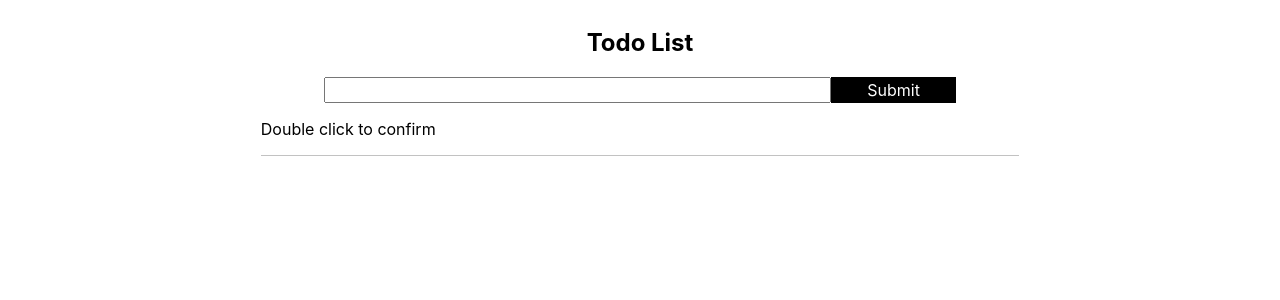
Repository: irenewuu/comp4130_checklist
Page: index.html
These files come from the project's save history. The page is drawn as it stood at one moment and after the next save; the edit follows.
The browser window is 1280 px wide. The pictures show the whole page.

Above is the page before, as saved 2022-01-12 15:18:28.

### index.html
<!DOCTYPE html>
<html lang="en">
  <head>
    <meta charset="UTF-8">
    <meta name="viewport" content="width=device-width, initial-scale=1.0">
    <link rel="stylesheet" href="style.css">
    <script src="index.js"></script>
    <title>Comp4130_Checklist</title>
  </head>
  <body>
    <div class="main">
      <!-- title area -->
      <div class="title">
      <h2>Todo List</h2>
      </div>
      <!-- input area -->
      <form class="input">
        <input type="text" class="text" id="myInput" onkeyup="13" >
        <span class="btn" onclick="newElement()">Submit</span>
      </form>
      <!-- homework checklist -->
      <div class="sortbox">
        <!-- <h4>Sort</h4>
        <img src="image/Iconly/Bold/sort.svg"> -->
        <p>Double click to confirm</p>
      </div>
      <ul id="NewList">

      </ul>
    </div>
  </body>
</html>

### style.css
.main {
  width: 100%;
  height: 100%;
  display: flex;
  flex-direction: column;
  justify-content: center;
  align-items: center;
  font-family: -apple-system, BlinkMacSystemFont, "Segoe UI", Roboto;
}
form > span {
  width: 50%;
  display: flex;
  justify-content: center;
  background: #000000;
  color: #fff;
  justify-content: center;
  align-items: center;
}
.input {
  width: 50%;
  display: flex;
  justify-content: center;
}
.text {
  width: 80%;
  height: 20px;
}
.btn {
  width: 20%;
  height: 26px;
}
.sortbox {
  width: 60%;
  display: flex;
  flex-direction: row;
  border-bottom: 1px solid #c2c2c2;
}
.sortbox > img {
  margin: 10px;
}
ul {
  width: 60%;
  justify-content: center;
  margin: 0;
  padding: 0;
}
/* Style the list items */
ul li {
  cursor: pointer;
  position: relative;
  padding: 12px 8px 12px 40px;
  list-style-type: none;
  border-bottom: 1px solid #c2c2c2;
  font-size: 18px;
  transition: 0.2s;

  /* make the list items unselectable */
  -webkit-user-select: none;
  -moz-user-select: none;
  -ms-user-select: none;
  user-select: none;
}

ul li span {
  position: relative;
  right: 10px;
}

/* hover */
ul li:hover {
  background: #ddd;
}

/* When clicked on, add a background color and strike out text */
ul li.checked {
  background: #888;
  color: #fff;
  text-decoration: line-through;
}
/* Add a "checked" mark when clicked on */
ul li.checked::before {
  content: "";
  position: absolute;
  border-color: #fff;
  border-style: solid;
  border-width: 0 2px 2px 0;
  top: 10px;
  left: 16px;
  transform: rotate(45deg);
  height: 15px;
  width: 7px;
}
/* Style the close button */
.close {
  position: absolute;
  right: 0;
  top: 0;
  padding: 12px 16px 12px 16px;
}

.close:hover {
  background-color: #f72585;
}

@media only screen and (max-width: 600px) {
  .input {
    width: 60%;
    display: flex;
    justify-content: center;
  }
  .text {
    width: 65%;
    height: 20px;
  }
  .btn {
    width: 30%;
    height: 26px;
  }
}

### index.js
let data = [];

// // Create a "close" button and append it to each list item
var listItem = document.getElementsByTagName("li");

// Create a new list item when clicking on the "Add" button
function newElement() {
  console.log(data)
  var li = document.createElement("li");
  // li.className = "unchecked";
  var inputValue = document.getElementById("myInput").value;

  //putting input value in list
  var spanText = document.createTextNode(inputValue);
  var span = document.createElement("span");
  span.appendChild(spanText);
  li.appendChild(span);


  // delete img
  var bin = document.createElement("img");
  bin.src = "image/iconly/bold/delete.svg";
  bin.className = "close";
  li.appendChild(bin);

  if (inputValue === '') {
    alert("You must write something!");
    data.push()
  } else {
    document.getElementById("NewList").appendChild(li);
  }

  document.getElementById("myInput").value = "";

  // Click on a close button to hide the current list item
  // push object in array
  data.push({ value: inputValue })
  console.log(data)

  // Add a "checked" symbol when clicking on a list item
  // var list = document.querySelector('ul');
  // list.addEventListener('click', function(ev) {
  //   if (ev.target.tagName === 'LI') {
  //     // ev.target.tagName.className = "checked";
  //     ev.target.classList.toggle('checked');
  //   }
  // }, false);

  var close = document.getElementsByClassName("close");

    for (var i = 0; i < close.length; i++) {
      close[i].onclick = function () {

        data.splice(data[i], 1);
        console.log(data)

        // delete the item onclick
        var div = this.parentElement;
        div.remove(0,-1);
      }
    }


    for (var i = 0; i < listItem.length; i++) {
      listItem[i].onclick = function () {
       // Add a "checked" symbol when clicking on a list item
        var list = document.querySelector('ul');
        list.addEventListener('click', function(ev) {
        if (ev.target.tagName === 'LI') {
          ev.target.classList.toggle('checked');

        }

  }, false);
      }
    }
}

After the next save:
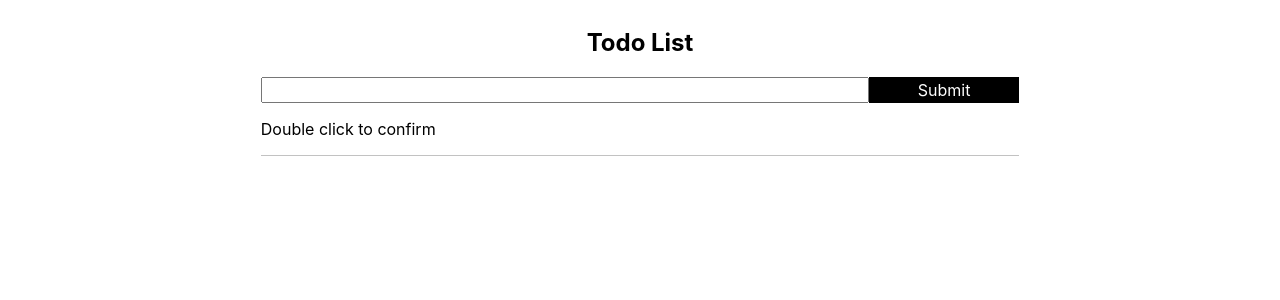
Saved 6 s later.
--- a/style.css
+++ b/style.css
@@ -8,7 +8,7 @@
   font-family: -apple-system, BlinkMacSystemFont, "Segoe UI", Roboto;
 }
 form > span {
-  width: 50%;
+  width: 60%;
   display: flex;
   justify-content: center;
   background: #000000;
@@ -17,7 +17,7 @@ form > span {
   align-items: center;
 }
 .input {
-  width: 50%;
+  width: 60%;
   display: flex;
   justify-content: center;
 }
